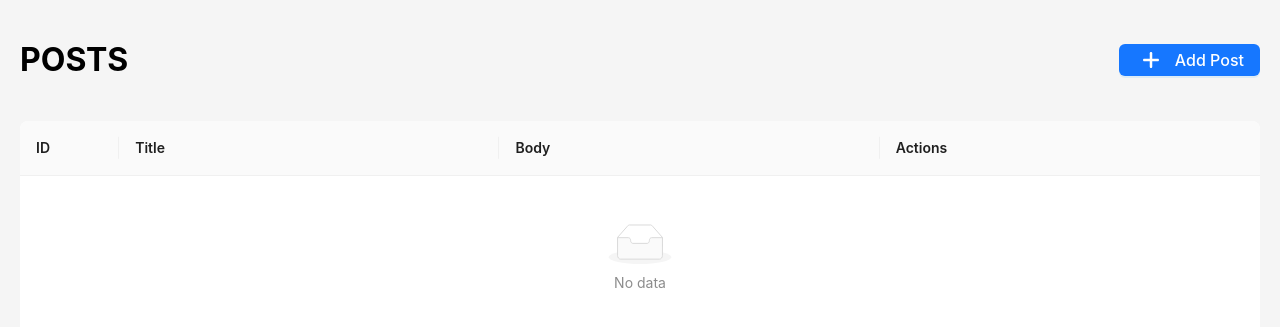
Repository: yasserrrz/Denamo-posts
Page: /
An editor plug-in stored every save of this project. The page is shown before and after the next save, followed by the edit.
The browser window is 1280 px wide. The pictures show the whole page.
The page's requests for data from a server got no answer. The project was rebuilt for these pictures with package versions that can differ from the ones it lists, and the page was loaded fresh each time. No one was signed in, and anything a server would have sent is missing. Also part of the build but not shown: src/components/PostForm.tsx.

Above is the page before, as saved 2024-11-28 16:40:45.

### src/App.tsx
import React, { useState } from 'react';
import { Button, Layout, Modal, Typography } from 'antd';
import DataTable from './components/DataTable';
// import AddPostForm from './components/AddPostForm';
import './App.css';
import PostForm from './components/PostForm';
import {ReactComponent as AddIcon} from "./assets/add-277.svg";
const { Header, Content } = Layout;
const { Title } = Typography;


const App: React.FC = () => {
  const [isModalOpen, setIsModalOpen] = useState(false);
  return (<>
    <Layout style={{ minHeight: '100vh' }}>
      <Content style={{ padding: '20px' }}>
         <div style={{marginTop: '20px ' , marginBottom: '20px' , display: 'flex', justifyContent: 'space-between' , alignItems: 'center' }}>
         <Title level={2} style={{ textAlign: 'center' , marginBottom:"0px" , marginTop:"0px" , fontSize: '32px' , fontWeight: '700' , textTransform: 'uppercase' , color: '#000' }}>
          Posts
        </Title>
         <Button onClick={()=>{setIsModalOpen(true)}} style={{fontSize: '16px' , fontWeight: '500' , padding: '15px'}} type="primary"><AddIcon/> Add Post</Button>
         </div>
        <div style={{ marginTop: '40px' }}>
          <DataTable />
        </div>
      </Content>
    </Layout>
    <Modal open={isModalOpen} title="Add New Post" centered width={800} onCancel={() => setIsModalOpen(false)} footer={null}>
      <PostForm  setIsModalOpen={setIsModalOpen} />
    </Modal>
  </>
  );
};

export default App;

### src/components/DataTable.tsx
import React, { useEffect, useState } from 'react';
import { Table, Button, Modal, Form, Input, notification } from 'antd';
import axios from 'axios';
import { Post } from '../types/Post';
import {ReactComponent as EditIcon} from "../assets/edit.svg"
import {ReactComponent as DeleteIcon} from "../assets/delete-icon-1.svg"
const DataTable: React.FC = () => {
  const [posts, setPosts] = useState<Post[]>([]);
  const [loading, setLoading] = useState<boolean>(true);
  const [editingPost, setEditingPost] = useState<Post | null>(null);
  const [isModalOpen, setIsModalOpen] = useState<boolean>(false);
  const [deleteModalOpen, setDeleteModalOpen] = useState<boolean>(false);

  useEffect(() => {
    const fetchData = async () => {
      setLoading(true);
      try {
        const response = await axios.get<Post[]>('https://jsonplaceholder.typicode.com/posts');
        setPosts(response.data);
      } catch (error) {
        console.log(error);
      } finally {
        setLoading(false);
      }
    };

    fetchData();
  }, []);

  const handleEdit = (post: Post) => {
    setEditingPost(post);
    setIsModalOpen(true);
  };

  const handleUpdatePost = async (values: Omit<Post, 'id'>) => {
    if (!editingPost) return;

    try {
      const response = await axios.put<Post>(
        `https://jsonplaceholder.typicode.com/posts/${editingPost.id}`,
        values
      );
      setPosts((prev) =>
        prev.map((post) => (post.id === editingPost.id ? { ...post, ...response.data } : post))
      );
      notification.success({
        message: 'Post Updated',
        description: `Post with ID ${editingPost.id} was updated successfully.`,
      });
    } catch (error) {
      notification.error({
        message: 'Error',
        description: 'Failed to update the post.',
      });
    } finally {
      setIsModalOpen(false);
      setEditingPost(null);
    }
  };

  const handleDelete = async (id: number) => {
    try {
      await axios.delete(`https://jsonplaceholder.typicode.com/posts/${id}`);
      setPosts((prev) => prev.filter((post) => post.id !== id));
      notification.success({
        message: 'Post Deleted',
        description: `Post with ID ${id} was deleted successfully.`,
      });
    } catch (error) {
      notification.error({
        message: 'Error',
        description: 'Failed to delete the post.',
      });
    }
    setDeleteModalOpen(false);
  };

  const columns = [
    {
      title: 'ID',
      dataIndex: 'id',
      key: 'id',
      width: '8%',
      render: (text: string) => <span style={{ fontSize: '12px', color: '#888' }}>{text}</span>,
    },
    {
      title: 'Title',
      dataIndex: 'title',
      key: 'title',
    },
    {
      title: 'Body',
      dataIndex: 'body',
      key: 'body',
    },
    {
      title: 'Actions',
      key: 'actions',
      render: (text: any, record: Post) => (
        <div style={{ width: '100%', display: 'flex', gap: '10px', justifyContent: 'space-around' }}>
          <Button type="primary"  onClick={() => handleEdit(record)}>
            <EditIcon/>
          </Button>
          <Button type={"primary"} danger onClick={() => {
            setEditingPost(record);
            setDeleteModalOpen(true);
          }}>
            <DeleteIcon/>
          </Button>
        </div>
      ),
    },
  ];

  return (
    <>
      <Table
        dataSource={posts}
        columns={columns}
        rowKey="id"
        loading={loading}
        scroll={{ y: "calc(100vh - 250px)",  x: 700}}
        pagination={{ pageSize: 10 }}
      />

      {/* edit modal */}
      <Modal
        title="Edit Post"
        open={isModalOpen}
        onCancel={() => setIsModalOpen(false)}
        footer={null}

        centered
      >
        <Form
          initialValues={{ title: editingPost?.title, body: editingPost?.body }}
          onFinish={handleUpdatePost}
          layout="vertical"
        >
          <Form.Item
            name="title"
            label="Title"
            rules={[{ required: true, message: 'Please input the title!' }]}

          >
            <Input placeholder="Enter post title" />
          </Form.Item>
          <Form.Item
            name="body"
            label="Body"
            rules={[{ required: true, message: 'Please input the body!' }]}
          >
            <Input.TextArea rows={4} placeholder="Enter post body" />
          </Form.Item>
          <Form.Item style={{ textAlign: 'center' , display: 'flex', justifyContent: 'flex-end' }}>
            <Button type="default"  htmlType="submit">
              Update Post
            </Button>
          </Form.Item>
        </Form>
      </Modal>

      {/* Delete modal */}
      <Modal
        title="Delete Post"
        open={deleteModalOpen}
        onCancel={() => setDeleteModalOpen(false)}
        footer={null}

        centered
      >
        <p>Are you sure you want to delete this post?</p>
        <div style={{ display: 'flex', gap: '10px', justifyContent: "flex-end" }}>
          <button className='delete-btn' onClick={() => handleDelete(editingPost?.id || 0)}>
            Yes
          </button>
          <button  className='cancel' onClick={() => setDeleteModalOpen(false)}>No</button>
        </div>
      </Modal>
    </>
  );
};

export default DataTable;

### src/App.css
.cancel{
  color: #000000e0;
  background-color: #fff;
  border: 1px solid #000000e0;
  border-radius: 8px;
  padding: 8px 15px;
  cursor: pointer;
  transition: all 0.15s ease-in-out;
}

.cancel:hover{
  background-color: #000000e0;
  color: #fff;
}

.delete-btn{
  color: #fff;
  background-color: #ff4d4f;
  border: 1px solid #ff4d4f;
  border-radius: 8px;
  padding: 8px 15px;
  cursor: pointer;
  transition: all 0.15s ease-in-out;
}

.delete-btn:hover{
  background-color: #fff;
  color: #ff4d4f;
  border: 1px solid #ff4d4f;
}

.ant-table-body {
  scrollbar-width: thin;
  scrollbar-color: #888 #f5f5f5;
  overflow-y: scroll; /* Ensure vertical scrolling is functional */
  scrollbar-width: none; /* Hide scrollbar in Firefox */
}

.ant-table-body ::-webkit-scrollbar-corner
 {
  display: none;
}

.svg-container {
  width: 24px;
  height: 24px;
}

.svg-container svg {
  width: 100%;
  height: 100%;
}

Loaded but not shown: public/index.html (common file); src/index.tsx (common file); src/index.css (common file); src/reportWebVitals.ts (common file)

After the next save:
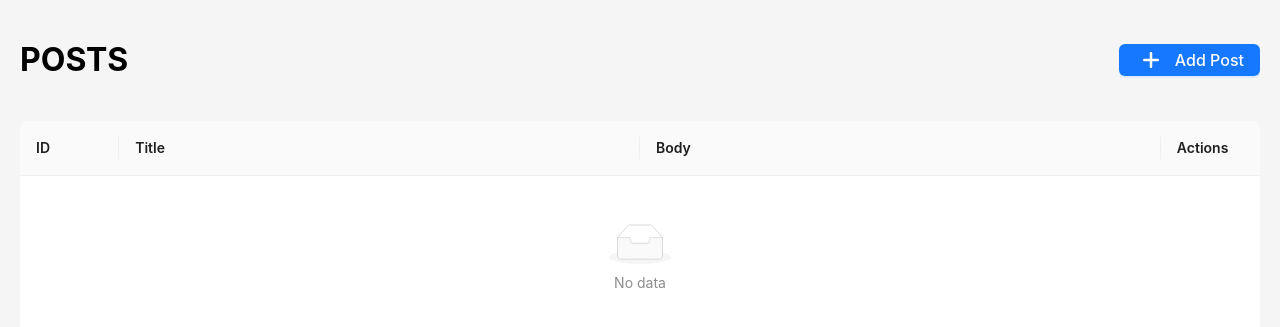
Saved 26 s later.
--- a/src/components/DataTable.tsx
+++ b/src/components/DataTable.tsx
@@ -96,6 +96,7 @@ const DataTable: React.FC = () => {
     {
       title: 'Actions',
       key: 'actions',
+      width: '8%',
       render: (text: any, record: Post) => (
         <div style={{ width: '100%', display: 'flex', gap: '10px', justifyContent: 'space-around' }}>
           <Button type="primary"  onClick={() => handleEdit(record)}>
